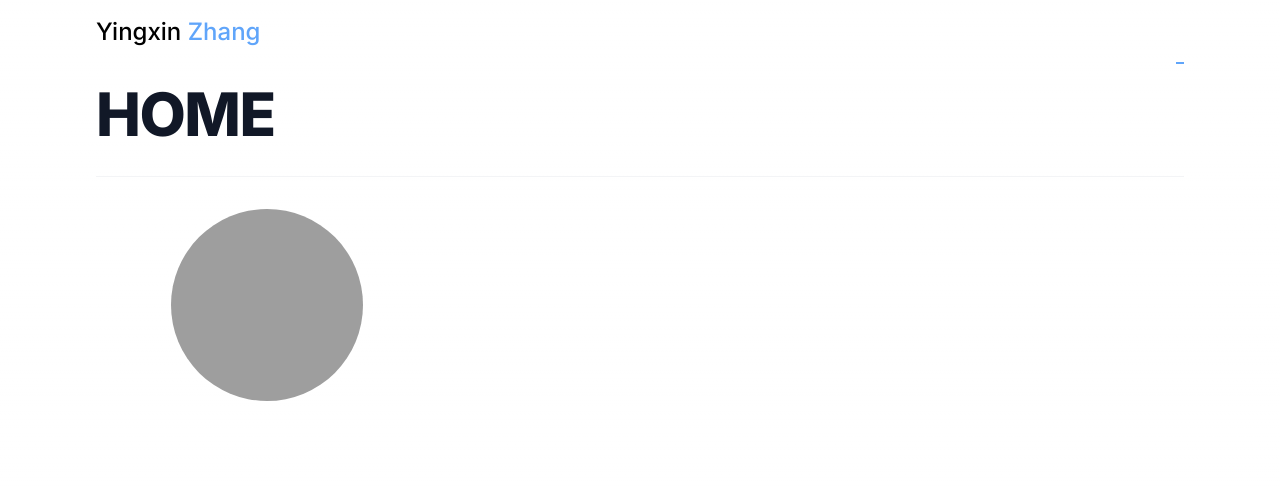
Repository: Tracy-maker/projects_collection
Page: /
The author's editor kept a copy of each file at every save. The page is drawn from the files as they stood at one save, then again after the next save.
The browser window is 1280 px wide. The pictures show the whole page.
Pictures or frames that could not be fetched are drawn as grey boxes. The project was rebuilt for these pictures with package versions that can differ from the ones it lists, and the page was loaded fresh each time. The framework's server and built-in components were replaced by stand-ins that run in the browser. Also part of the build but not shown: next.config.js.

Above is the page before, as saved 2023-09-14 17:16:33.

After the next save:
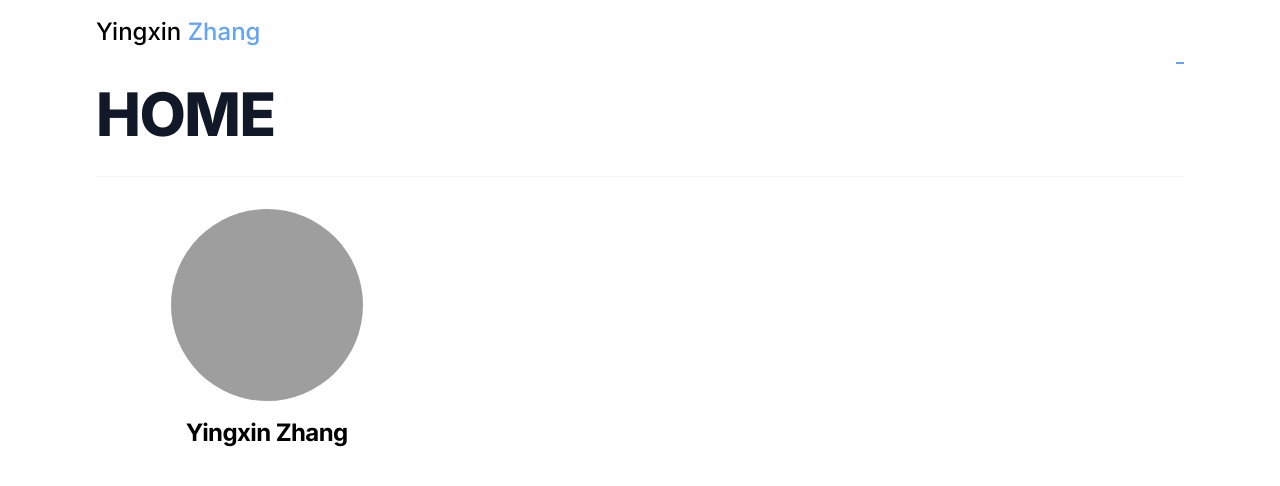
Saved 6 min 4 s later.
--- a/app/page.tsx
+++ b/app/page.tsx
@@ -18,6 +18,10 @@ export default function Home() {
             height={750}
             className="h-48 w-48 rounded-full object-cover object-top"
           />
+          <h3 className="pt-4 pb-2 text-2xl font-bold leading-8 tracking-tight">
+            Yingxin Zhang
+          </h3>
+
         </div>
       </div>
     </div>
